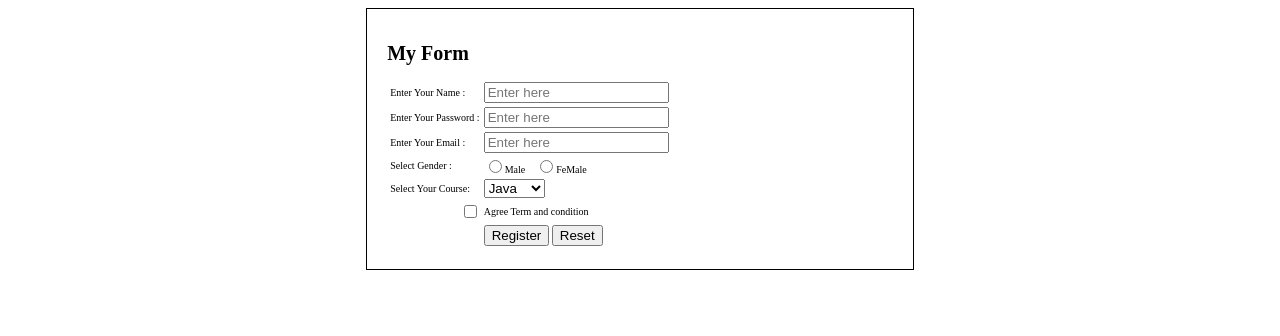
Repository: Kamleshmaury/CoreJava
Page: RegistrationForm/src/main/webapp/index.html
An editor plug-in stored every save of this project. The page is shown before and after the next save, followed by the edit.
The browser window is 1280 px wide. The pictures show the whole page.

Above is the page before, as saved 2022-10-18 09:10:05.

After the next save:
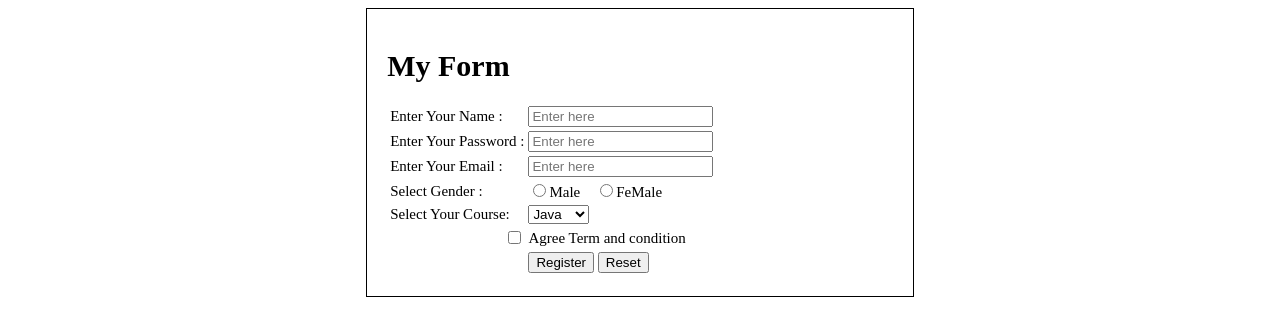
Saved 6 s later.
--- a/RegistrationForm/src/main/webapp/index.html
+++ b/RegistrationForm/src/main/webapp/index.html
@@ -10,7 +10,7 @@
 				border: 1px solid black;
 				margin: auto;
 				padding: 20px;
-				font-size: 10px;
+				font-size: 15px;
 			}
 
 		</style>
